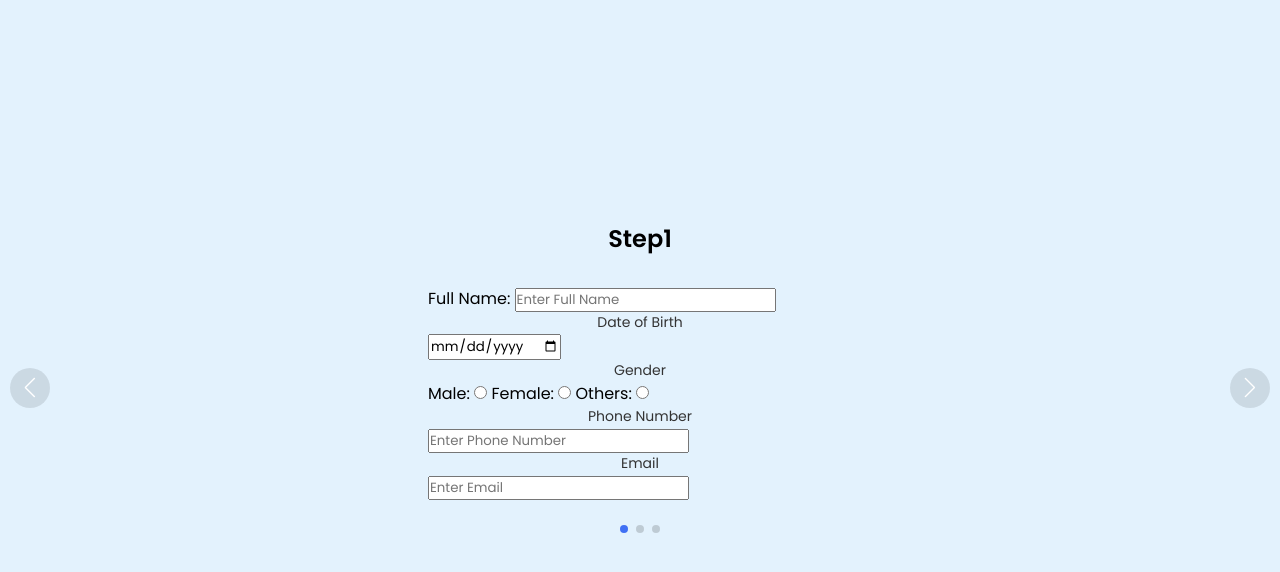
Repository: Habeebur1493/-22-multi-step-form
Page: index.html
An editor plug-in stored every save of this project. The page is shown before and after the next save, followed by the edit.
The browser window is 1280 px wide. The pictures show the whole page.

Above is the page before, as saved 2024-10-13 12:50:28.

After the next save:
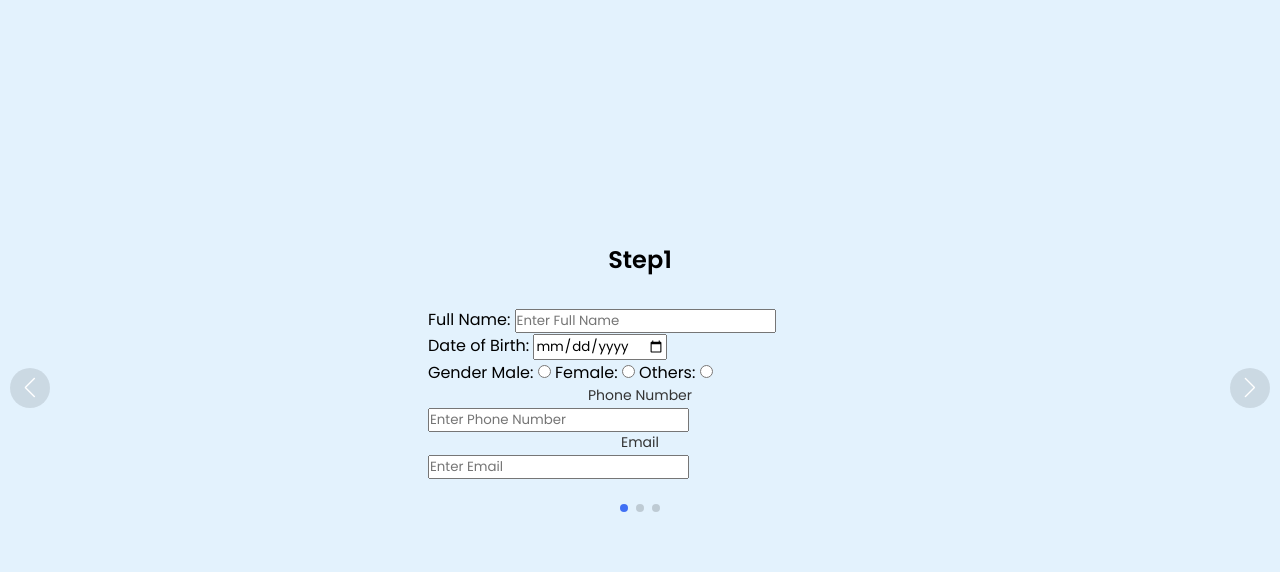
Saved 27 s later.
--- a/index.html
+++ b/index.html
@@ -28,10 +28,10 @@
               Full Name:
               <input type="text" placeholder="Enter Full Name" />
               <br>
-              <p>Date of Birth</p>
+              Date of Birth:
               <input type="date" placeholder="Date of Birth" />
               <br>
-              <p>Gender</p>
+              Gender
               Male:
               <input type="radio" name="Gender:" id="">
               Female:
